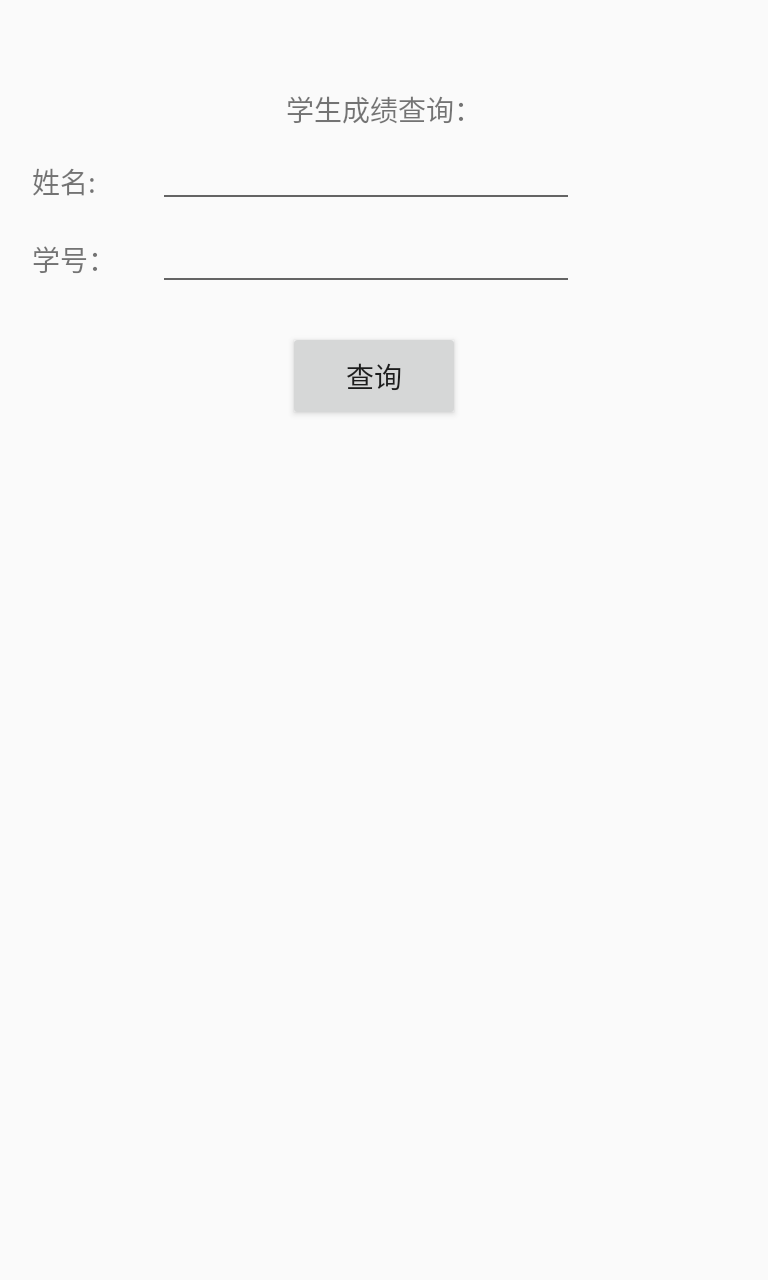
Repository: DaisyDong/AndroidPath
Layout: ScoreQurey/res/layout/activity_main.xml
These files come from the project's save history. The layout is drawn as it stood at one moment and after the next save; the edit follows.
It is drawn on a 768 x 1280 px phone screen (xhdpi) without system bars, with theme AppTheme; the app's code is not run.

Above is the layout before, as saved 2015-04-19 09:57:17.

After the next save:
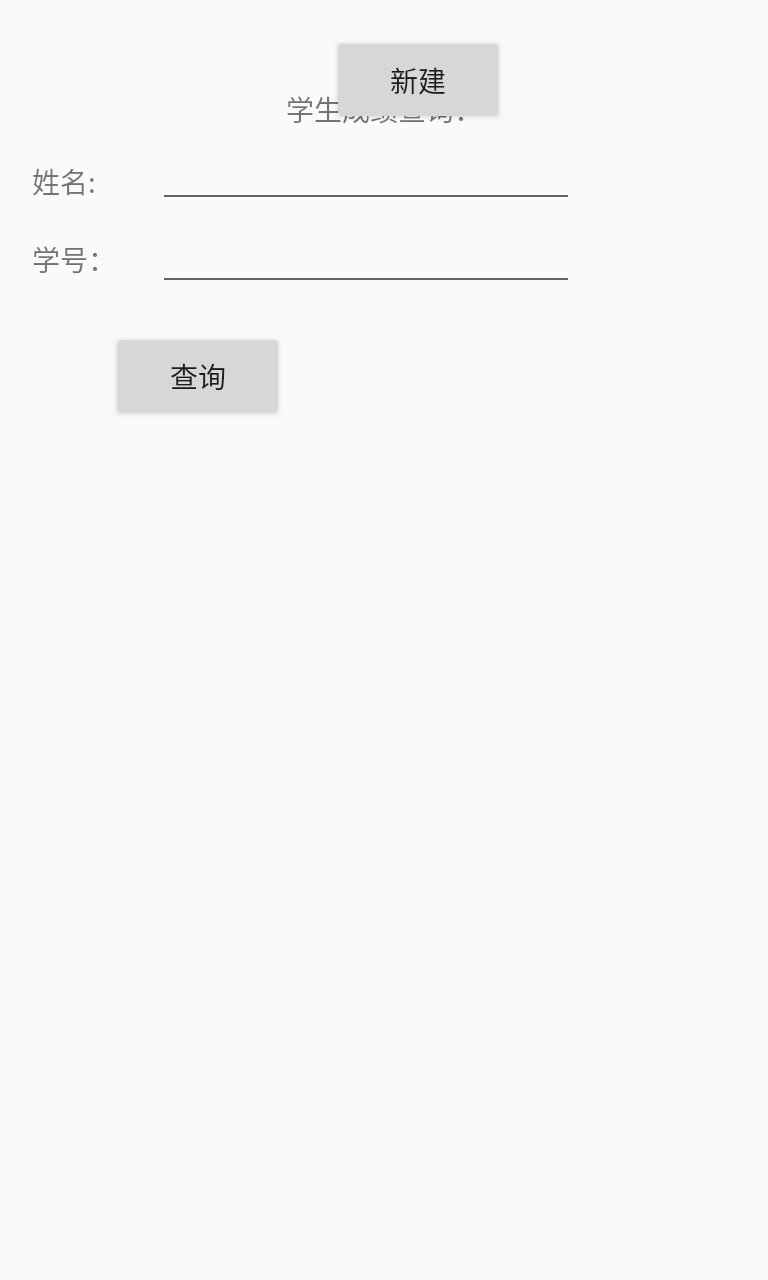
Saved 2 h 29 min later.
--- a/ScoreQurey/res/layout/activity_main.xml
+++ b/ScoreQurey/res/layout/activity_main.xml
@@ -43,15 +43,6 @@
         android:layout_below="@+id/tv1"
         android:ems="10" />
 
-    <Button
-        android:id="@+id/bnt"
-        android:layout_width="wrap_content"
-        android:layout_height="wrap_content"
-        android:layout_alignLeft="@+id/tv1"
-        android:layout_below="@+id/et2"
-        android:layout_marginTop="16dp"
-        android:text="查询" />
-
     <TextView
         android:id="@+id/tv1"
         android:layout_width="wrap_content"
@@ -61,4 +52,23 @@
         android:layout_marginTop="28dp"
         android:text="学生成绩查询：" />
 
+    <Button
+        android:id="@+id/bnt1"
+        android:layout_width="wrap_content"
+        android:layout_height="wrap_content"
+        android:layout_below="@+id/et2"
+        android:layout_marginTop="16dp"
+        android:layout_toLeftOf="@+id/tv1"
+        android:text="查询" />
+
+    <Button
+        android:id="@+id/bnt2"
+        android:layout_width="wrap_content"
+        android:layout_height="wrap_content"
+        android:layout_alignBaseline="@+id/bnt"
+        android:layout_alignBottom="@+id/bnt"
+        android:layout_alignRight="@+id/et2"
+        android:layout_marginRight="35dp"
+        android:text="新建" />
+
 </RelativeLayout>
